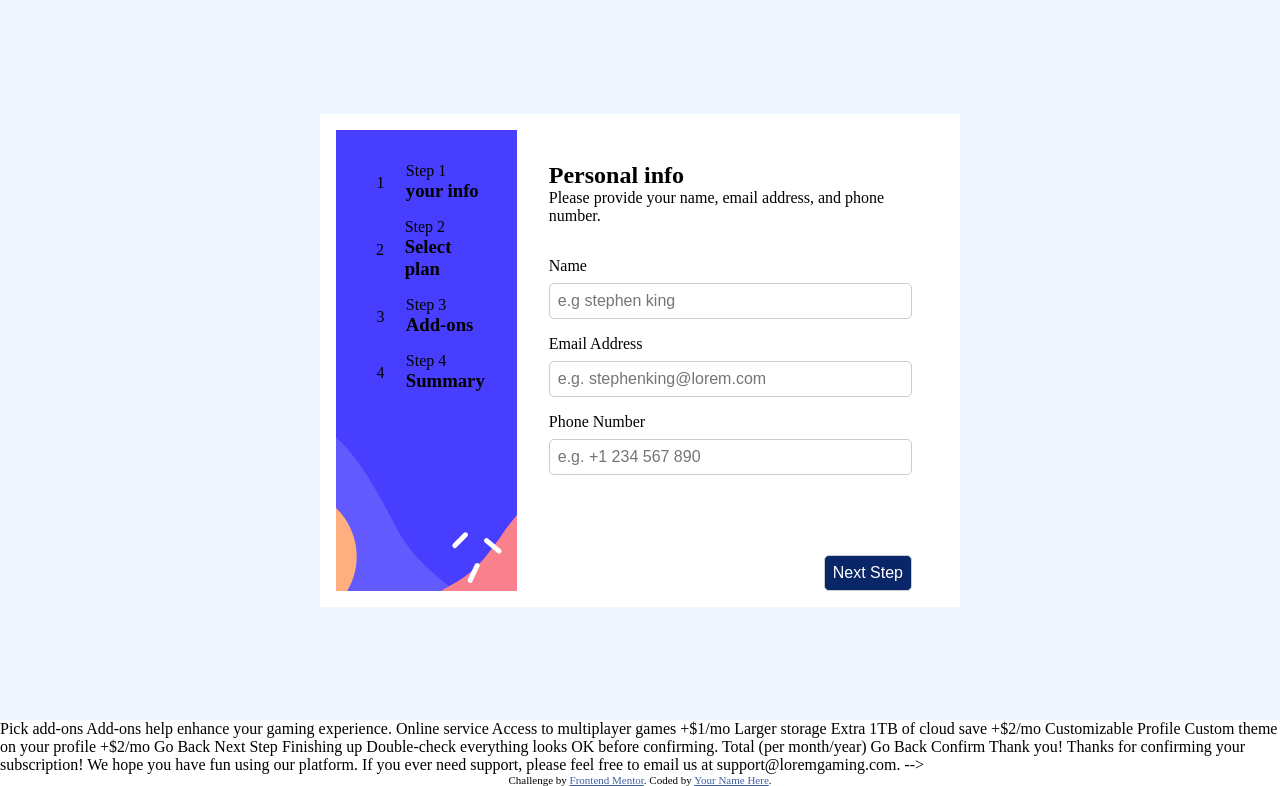
Repository: reemoon-ctrl/reemoon-ctrl.github.io
Page: index.html
An editor plug-in stored every save of this project. The page is shown before and after the next save, followed by the edit.
The browser window is 1280 px wide. The pictures show the whole page.

Above is the page before, as saved 2025-04-29 09:51:39.

### index.html
<!DOCTYPE html>
<html lang="en">

<head>
  <meta charset="UTF-8">
  <meta name="viewport" content="width=device-width, initial-scale=1.0">
  <!-- displays site properly based on user's device -->

  <link rel="icon" type="image/png" sizes="32x32" href="./assets/images/favicon-32x32.png">
  <link rel="stylesheet" href="./style.css">
  <title>Frontend Mentor | Multi-step form</title>

  <!-- Feel free to remove these styles or customise in your own stylesheet 👍 -->
  <style>
    .attribution {
      font-size: 11px;
      text-align: center;
    }

    .attribution a {
      color: hsl(219, 45%, 44%);
    }
  </style>
</head>

<body>
  <div class="containerCenter">
    <div class="container">
      <div class="sidebar">
        <ul class="sidebarList">
          <li class="sidebar_ele">
            <div>1</div>
            <div>
              <p>Step 1</p>
              <h3>your info</h3>
            </div>
          </li>
          <li class="sidebar_ele">
            <div>2</div>
            <div>
              <p> Step 2</p>
              <h3>Select plan</h3>
            </div>

          </li>
          <li class="sidebar_ele">
            <div>3</div>
            <div>
              <p>Step 3</p>
              <h3>Add-ons</h3>
            </div>
          </li>
          <li class="sidebar_ele">
            <div>4</div>
            <div>
              <p>Step 4</p>
              <h3>Summary</h3>
            </div>

          </li>
        </ul>
      </div>
      <div class="main">
        <div class="formHeader">
          <h2>Personal info</h2>
          <p>Please provide your name, email address, and phone number.
          </p>
        </div>
        <form class="formContainer">
          <div class="formLabelInput">
            <label for="name">Name</label>
            <input type="text" id="name" name="name" placeholder="e.g stephen king">
          </div>
          <div class="formLabelInput">
            <label for="email">Email Address</label>
            <input type="email" id="email" name="email" placeholder="e.g. stephenking@lorem.com">
          </div>
          <div class="formLabelInput">
            <label for="phone">Phone Number</label>
            <input type="tel" name="phone number" placeholder="e.g. +1 234 567 890">
          </div>
          <div id="nextStep">
            <!-- <label for="username">Username:</label> -->
            <button type="button" id="nextStepbtn" name="next step">Next Step</button>
          </div>
        </form>

        <!-- Step 1 end -->
      </div>

    </div>
  </div>

  <!-- Sidebar start -->



  <!-- Sidebar end -->



  <!-- Step 2 start -->
  <!--
  Select your plan
  You have the option of monthly or yearly billing.

  Arcade
  $9/mo

  Advanced
  $12/mo

  Pro
  $15/mo

  Monthly
  Yearly

  Go Back
  Next Step

  <!-- Step 2 end -->

  <!-- Step 3 start -->

  Pick add-ons
  Add-ons help enhance your gaming experience.

  Online service
  Access to multiplayer games
  +$1/mo

  Larger storage
  Extra 1TB of cloud save
  +$2/mo

  Customizable Profile
  Custom theme on your profile
  +$2/mo

  Go Back
  Next Step

  <!-- Step 3 end -->

  <!-- Step 4 start -->

  Finishing up
  Double-check everything looks OK before confirming.

  <!-- Dynamically add subscription and add-on selections here -->

  Total (per month/year)

  Go Back
  Confirm

  <!-- Step 4 end -->

  <!-- Step 5 start -->

  Thank you!

  Thanks for confirming your subscription! We hope you have fun
  using our platform. If you ever need support, please feel free
  to email us at support@loremgaming.com. -->

  <!-- Step 5 end -->

  <div class="attribution">
    Challenge by <a href="https://www.frontendmentor.io?ref=challenge" target="_blank">Frontend Mentor</a>.
    Coded by <a href="#">Your Name Here</a>.
  </div>
</body>

</html>

### style.css
*{
    padding: 0;
    margin: 0;
    box-sizing:border-box;
}
.container{
    background: #ffffff;
    display: grid;
    grid-template-columns: 1fr 3fr;
    padding: 1rem;
    width:50%;
    height:fit-content;
    align-items: center;
    justify-content: center;
    align-content: center;;
    justify-items:center ;
    z-index: 100;
    /* margin-top: 25%; */
}
.containerCenter{
    height:100vh;
    display: flex;
    justify-content: center;
    align-items: center;
    align-content: center;
    background-color: #f0f6ff;

}
.main{
    padding: 2rem 2rem 0 2rem;
    display: grid;
}
.sidebar{
    height:100% ;
    padding: 2rem;
    background:no-repeat url(./assets/images/bg-sidebar-desktop.svg) center ;
}
.sidebarList{
    list-style: none;
    display: flex;
    flex-direction: column;
    gap: 1rem;
    justify-content: space-between;
    /* height: 100%; */
}
.sidebar_ele{
    display: flex;
    /* align-content:stretch; */
    gap: .8rem;
    align-items: center;
}
.sidebar_ele>div:first-child{
    width: 25px;
    height:25px;
    /* background-color: #adbeff; */
    border: 1px  #ffffff;
    border-radius: 50%;
    text-align: center;
    padding: 5px;
}
.formContainer{
    display: grid;
    grid-template-columns:1fr ;
    gap:1rem ;
}
.formHeader{
    padding-bottom: 2rem;
}
.formLabelInput{
    display: flex;
    flex-direction: column;
    gap:.5rem;
}
#nextStep{
    display: flex;
    justify-content:flex-end;
    align-items: center;
    /* background-color: #bff2f6; */
    padding-top: 4rem;
}
#nextStepbtn{
    padding: .5rem;
    border-radius: 5px;
    border: 1px solid #ccc;
    background-color: #092668;
    color: #fff;
    font-size: 1rem;
    /* color: #333; */
    cursor: pointer;
}
.formLabelInput>input{
    padding: .5rem;
    border-radius: 5px;
    border: 1px solid #ccc;
    background-color: #fff;
    font-size: 1rem;
    color: #333;
}

After the next save:
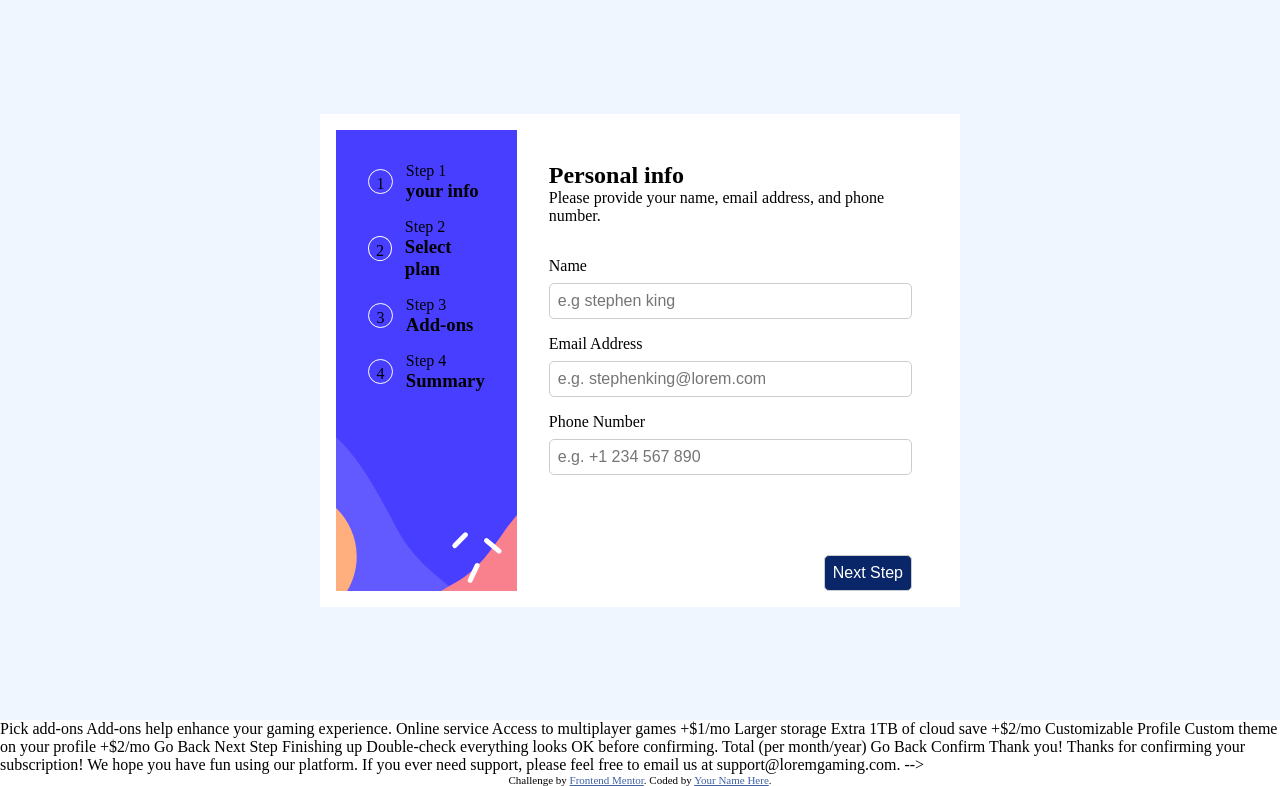
Saved 5 s later.
--- a/style.css
+++ b/style.css
@@ -53,7 +53,7 @@
     width: 25px;
     height:25px;
     /* background-color: #adbeff; */
-    border: 1px  #ffffff;
+    border: 1px solid #ffffff;
     border-radius: 50%;
     text-align: center;
     padding: 5px;
